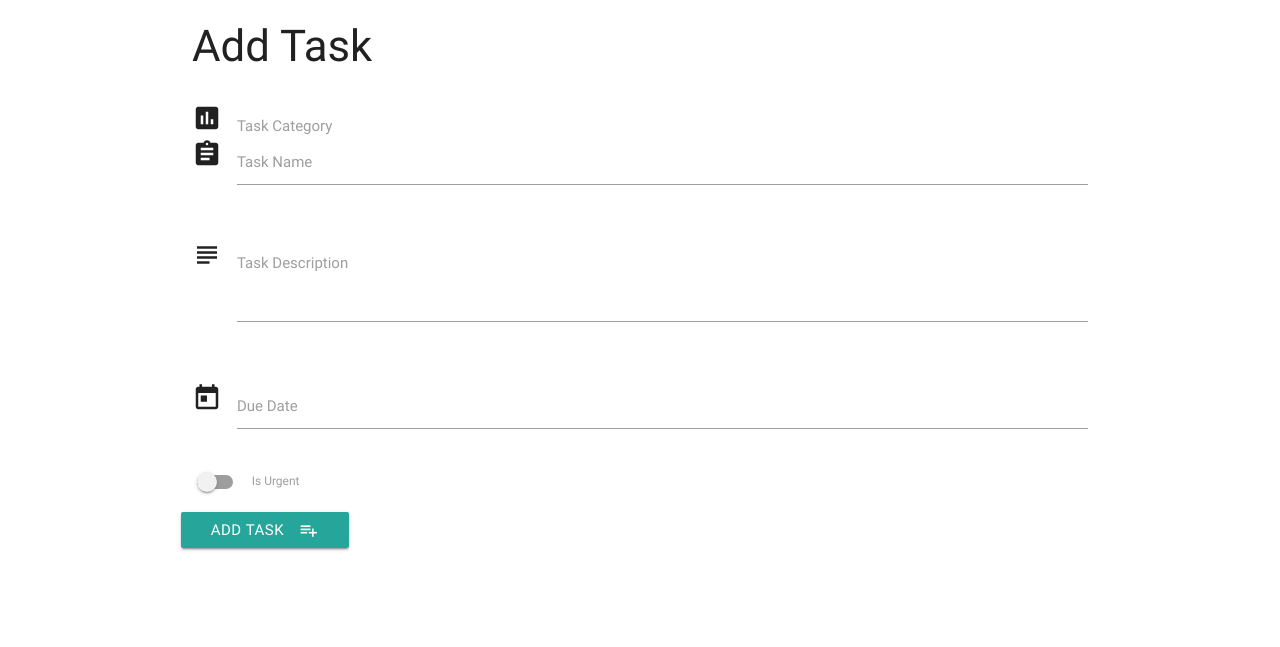
Repository: benbourgeois/task-manager
Page: http://localhost/add_task
The author's editor kept a record of every edit. The page is drawn from the files as they stood at one moment, then again after the next edit.
The browser window is 1280 px wide. The pictures show the whole page.
Some web libraries are served in a nearby version. The page is served by the project's application, run on Flask 3 (app.py). Queries for data that is not in the repository find no rows.

Above is the page before.
Console error: TypeError: $(...).formSelect is not a function

### templates/addtask.html
{% extends 'base.html' %} {% block content %}

<h3>Add Task</h3>
<div class="row">
    <form action="{{ url_for('insert_task') }}" method="POST" class="col s12">
        <div class="row">
            <div class="input-field col s12">
                <i class="material-icons prefix">poll</i>
                <select id="category" name="category_name">
                    <option value="" disabled selected>Choose Category</option>
                    {% for cat in categories %}
                        <option value="{{cat.category_name}}">{{cat.category_name}}</option>
                    {% endfor %}
                </select>
                <label>Task Category</label>
            </div>
        </div>
        <div class="row">
            <div class="input-field col s12">
                <i class="material-icons prefix">assignment</i>
                <input id="task_name" name="task_name" type="text" class="validate">
                <label for="icon_prefix">Task Name</label>
            </div>
        </div>
        <div class="row">
            <div class="input-field col s12">
                <i class="material-icons prefix">subject</i>
                <textarea name="task_description" id="task_description" class="materialize-textarea"></textarea>
                <label for="icon_telephone">Task Description</label>
            </div>
        </div>
        <div class="row">
            <div class="input-field col s12">
                <i class="material-icons prefix">today</i>
                <input id="due_date" name="due_date" type="text" class="datepicker">
                <label for="icon_prefix">Due Date</label>
            </div>
        </div>
        <div class="row">
            <div class="switch">
                <label>
                  <input id="is_urgent" name="is_urgent" type="checkbox">
                  <span class="lever"></span>
                  Is Urgent
                </label>
            </div>
        </div>
        <div class="row">
            <button class="btn waves-effect waves-light" type="submit" name="action">Add Task
                <i class="material-icons right">playlist_add</i>
            </button>
        </div>
    </form>
</div>

{% endblock %}

### templates/base.html
<!DOCTYPE html>
<html>

<head>
    <link href="https://fonts.googleapis.com/icon?family=Material+Icons" rel="stylesheet">
    <link rel="stylesheet" href="https://cdnjs.cloudflare.com/ajax/libs/materialize/0.100.2/css/materialize.min.css">
    <link rel="stylesheet" href="{{url_for('static', filename='css/style.css')}}" type="text/css" />
</head>

<body>
    <div class="container">
        {% block content %} {% endblock %}

        <script src="https://cdnjs.cloudflare.com/ajax/libs/jquery/3.2.1/jquery.min.js"></script>
        <script src="https://cdnjs.cloudflare.com/ajax/libs/materialize/0.100.2/js/materialize.min.js"></script>
        <div id="matfix"></div>
        <script type="text/javascript">
            $(document).ready(function() {
                $('.collapsible').collapsible();
                $('select').formSelect();
            });

            $('.datepicker').pickadate({
                selectMonths: true, // Creates a dropdown to control month
                selectYears: 15, // Creates a dropdown of 15 years to control year,
                today: 'Today',
                clear: 'Clear',
                close: 'Ok',
                closeOnSelect: false // Close upon selecting a date,
            });

            document.getElementById("matfix").addEventListener("click", function(e) {
                e.stopPropagation();
            });
        </script>
    </div>
    </div>
</body>

</html>

### app.py
import os
from flask import Flask, render_template, redirect, request, url_for
from flask_pymongo import PyMongo
from bson.objectid import ObjectId

app = Flask(__name__)

app.config["MONGO_DBNAME"] = 'task_manager'
app.config["MONGO_URI"] = 'mongodb+srv://benbourgeois:Thibodaux@firstcluster-umaxy.mongodb.net/task_manager?retryWrites=true&w=majority'

mongo = PyMongo(app)

@app.route('/')
@app.route('/get_tasks')
def get_tasks():
    return render_template("tasks.html",
    tasks=mongo.db.tasks.find())

@app.route('/add_task')
def add_task():
    return render_template("addtask.html",
    categories=mongo.db.categories.find())

@app.route('/insert_task', methods=['POST'])
def insert_task():
    tasks = mongo.db.tasks
    tasks.insert_one(request.form.to_dict())
    return redirect(url_for('get_tasks'))

@app.route('/edit_task/<task_id>')
def edit_task(task_id):
    the_task = mongo.db.tasks.find_one({"_id": ObjectId(task_id)})
    all_categories = mongo.db.categories.find()
    return render_template('edittask.html', task=the_task, categories=all_categories)

if __name__ == '__main__':
    app.run(host=os.environ.get('IP'),
        port=int(os.environ.get('PORT')),
        debug=True)

Loaded but not shown: static/css/style.css (no copy from this time; the picture is the same without it)

After the next edit:
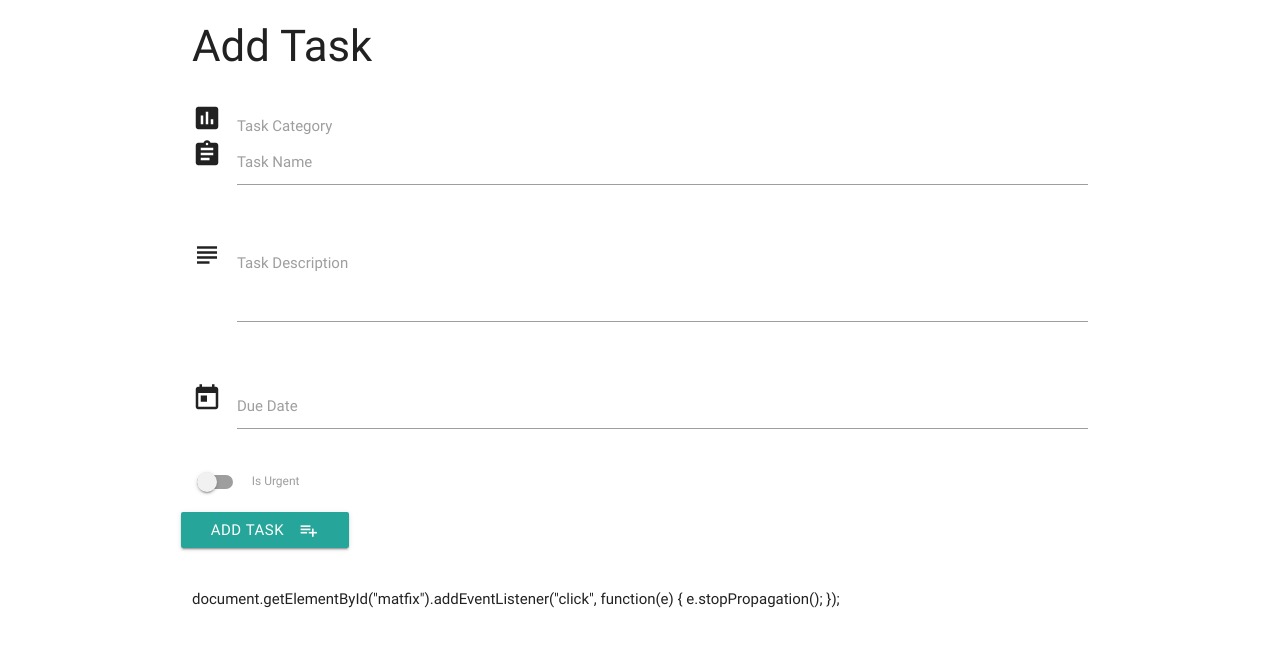
Console error: SyntaxError: Unexpected token '<'
The edit:
--- a/templates/base.html
+++ b/templates/base.html
@@ -13,27 +13,29 @@
 
         <script src="https://cdnjs.cloudflare.com/ajax/libs/jquery/3.2.1/jquery.min.js"></script>
         <script src="https://cdnjs.cloudflare.com/ajax/libs/materialize/0.100.2/js/materialize.min.js"></script>
-        <div id="matfix"></div>
-        <script type="text/javascript">
-            $(document).ready(function() {
-                $('.collapsible').collapsible();
-                $('select').formSelect();
-            });
+        <div id="matfix">
+            <script type="text/javascript">
+                $(document).ready(function() {
+                    $('.collapsible').collapsible();
+                    $('select').formSelect();
+                });
 
-            $('.datepicker').pickadate({
-                selectMonths: true, // Creates a dropdown to control month
-                selectYears: 15, // Creates a dropdown of 15 years to control year,
-                today: 'Today',
-                clear: 'Clear',
-                close: 'Ok',
-                closeOnSelect: false // Close upon selecting a date,
-            });
-
-            document.getElementById("matfix").addEventListener("click", function(e) {
-                e.stopPropagation();
-            });
-        </script>
-    </div>
+                $('.datepicker').pickadate({
+                    selectMonths: true, // Creates a dropdown to control month
+                    selectYears: 15, // Creates a dropdown of 15 years to control year,
+                    today: 'Today',
+                    clear: 'Clear',
+                    close: 'Ok',
+                    closeOnSelect: false // Close upon selecting a date,
+                });
+</div>
+</script>
+</div>
+                document.getElementById("matfix").addEventListener("click", function(e) {
+                    e.stopPropagation();
+                });
+            </script>
+        </div>
     </div>
 </body>
 

After the 2 edits that followed:
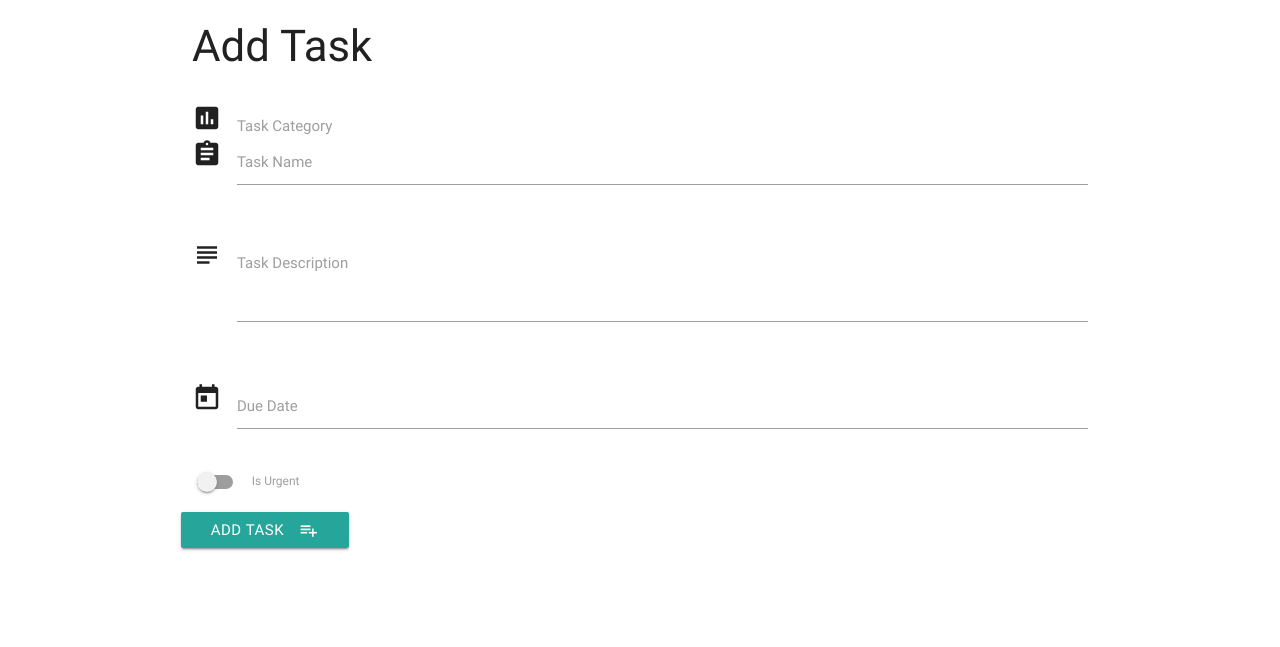
Console error: TypeError: $(...).formSelect is not a function
The 2 edits are shown as one change because 1 left the picture as it was.
The edit:
--- a/templates/base.html
+++ b/templates/base.html
@@ -28,14 +28,13 @@
                     close: 'Ok',
                     closeOnSelect: false // Close upon selecting a date,
                 });
-</div>
-</script>
-</div>
-                document.getElementById("matfix").addEventListener("click", function(e) {
-                    e.stopPropagation();
-                });
             </script>
         </div>
+        <script type="text/javascript">
+            document.getElementById("matfix").addEventListener("click", function(e) {
+                e.stopPropagation();
+            });
+        </script>
     </div>
 </body>
 
